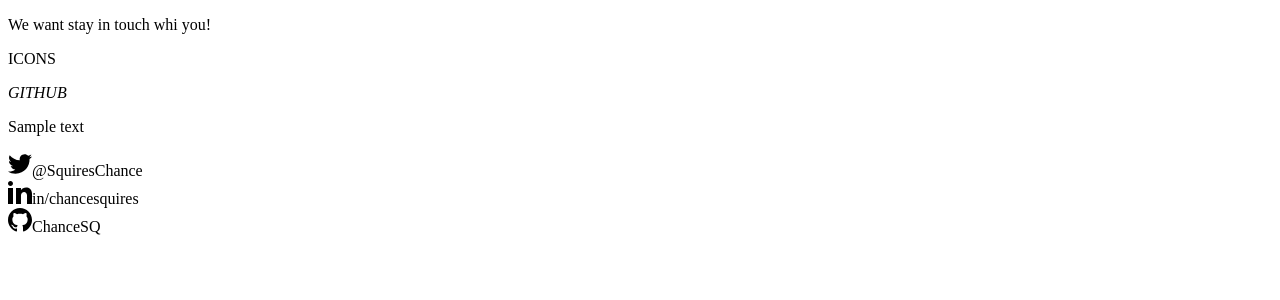
Repository: JhonMercedes/profile
Page: index.html
The author's editor kept a copy of each file at every save. The page is drawn from the files as they stood at one save, then again after the next save.
The browser window is 1280 px wide. The pictures show the whole page.

Above is the page before, as saved 2021-12-08 02:33:00.

After the next save:
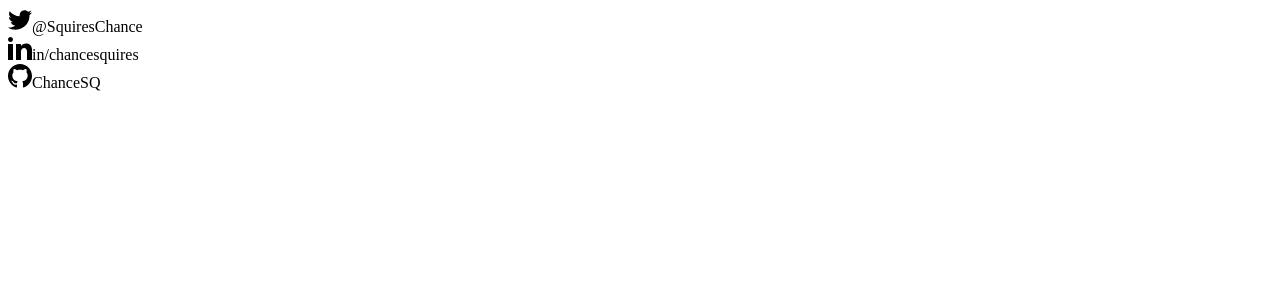
Saved 25 s later.
--- a/index.html
+++ b/index.html
@@ -10,16 +10,9 @@
 </head>
 <body>
 
-    <div id="container">
-        <p>We want stay in touch whi you!</p>
-    </div>
-    <div id="container2">
-        <p>ICONS</p>
-        <i class="fab fa-github">GITHUB</i>
-    </div>
-    <div id="container3">
-        <p>Sample text</p>
-    </div><div class='social-links'>
+
+
+    <div class='social-links'>
 		<div class='social-btn flex-center' id="twitter">
 			<svg xmlns="http://www.w3.org/2000/svg" width="24" height="24" viewBox="0 0 24 24"><path d="M24 4.557c-.883.392-1.832.656-2.828.775 1.017-.609 1.798-1.574 2.165-2.724-.951.564-2.005.974-3.127 1.195-.897-.957-2.178-1.555-3.594-1.555-3.179 0-5.515 2.966-4.797 6.045-4.091-.205-7.719-2.165-10.148-5.144-1.29 2.213-.669 5.108 1.523 6.574-.806-.026-1.566-.247-2.229-.616-.054 2.281 1.581 4.415 3.949 4.89-.693.188-1.452.232-2.224.084.626 1.956 2.444 3.379 4.6 3.419-2.07 1.623-4.678 2.348-7.29 2.04 2.179 1.397 4.768 2.212 7.548 2.212 9.142 0 14.307-7.721 13.995-14.646.962-.695 1.797-1.562 2.457-2.549z"/></svg><span>@SquiresChance</span>
 		</div>
